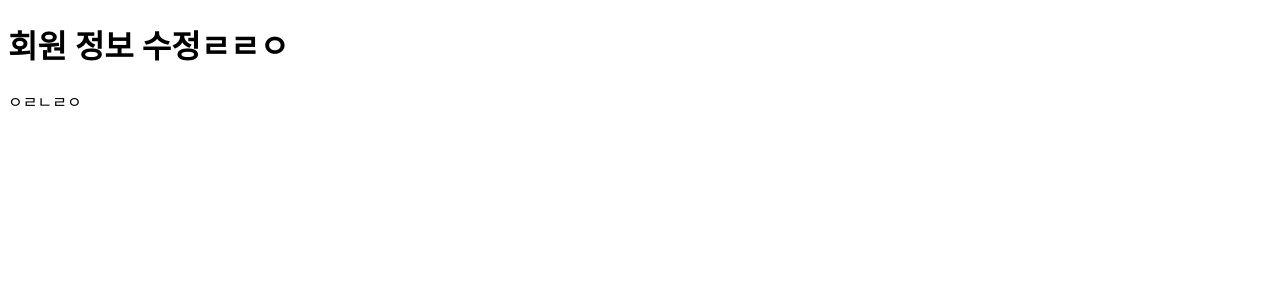
Repository: JaeYoon0935/lcom-servlet-jsp
Page: http://localhost/lcomputerstudy/userEdit.jsp
The author's editor kept a copy of each file at every save. The page is drawn from the files as they stood at one save, then again after the next save.
The browser window is 1280 px wide. The pictures show the whole page.
The page is served by Tomcat 9. Queries for data that is not in the repository find no rows.

Above is the page before, as saved 2020-09-19 12:35:18.

After the next save:
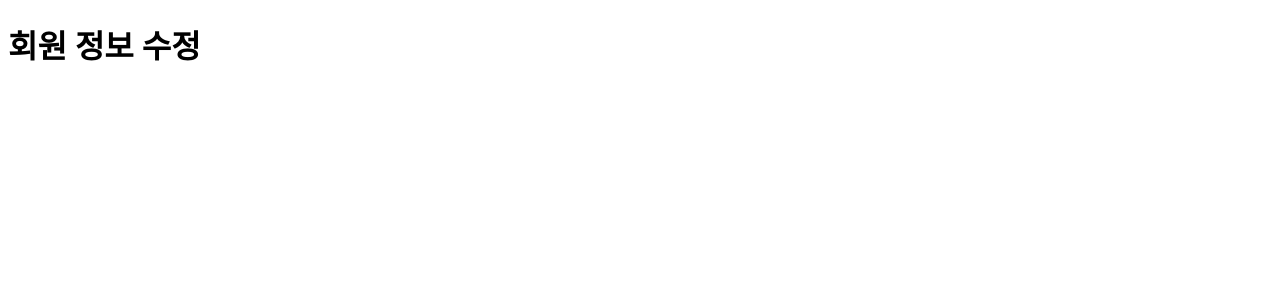
Saved 9 s later.
--- a/lcomputerstudy/WebContent/userEdit.jsp
+++ b/lcomputerstudy/WebContent/userEdit.jsp
@@ -8,8 +8,8 @@
 </head>
 <body>
 <%@ include file="db_connection.jsp" %>
-	<h1>회원 정보 수정ㄹㄹㅇ</h1>
-			ㅇㄹㄴㄹㅇ
+	<h1>회원 정보 수정</h1>
+
 	<%
 
 		String idx = request.getParameter("u_idx");
